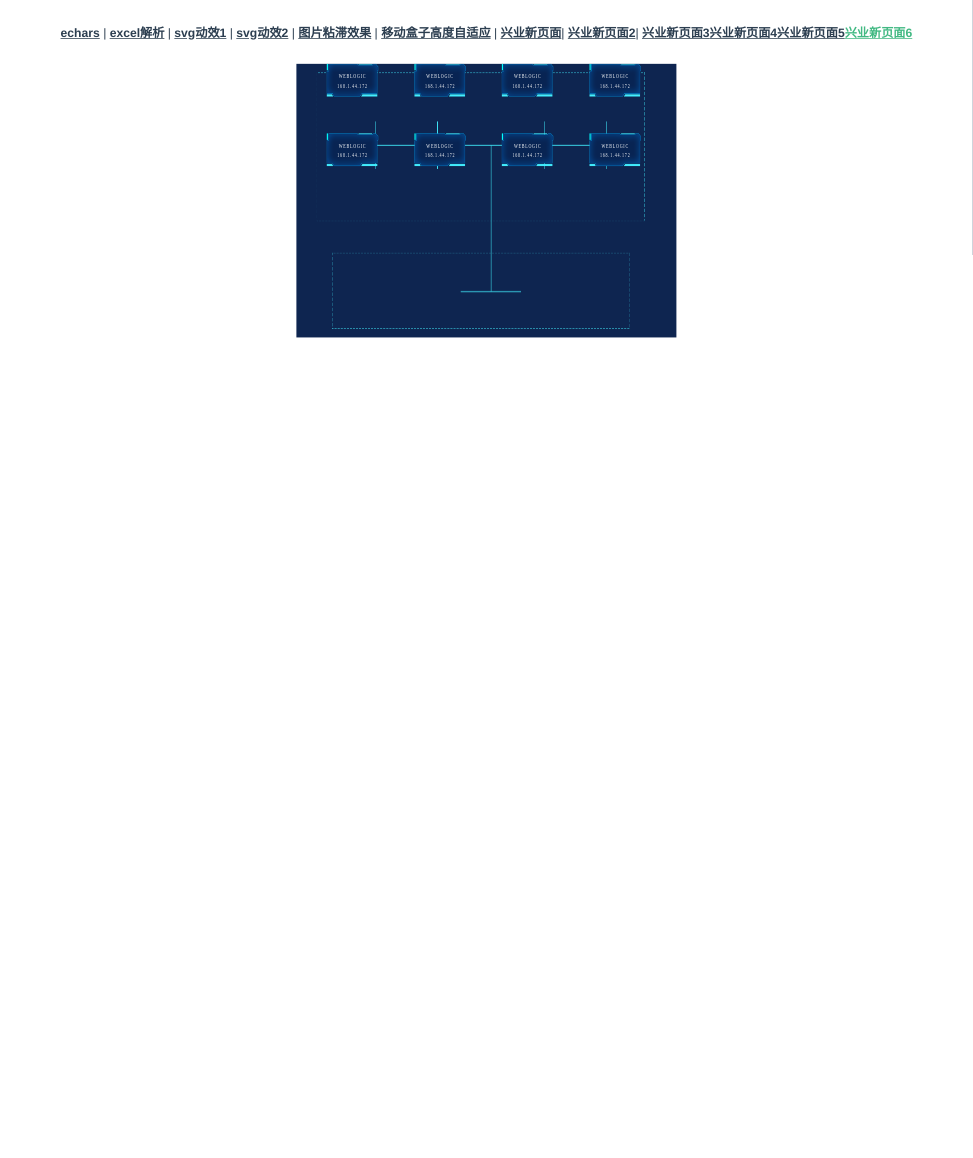
Repository: dmj199811/animation-dmj
Page: /#/work-page8
An editor plug-in stored every save of this project. The page is shown before and after the next save, followed by the edit.
The browser window is 1280 px wide. The pictures show the whole page, at 76% of full size.
The project was rebuilt for these pictures with package versions that can differ from the ones it lists, and the page was loaded fresh each time.

Above is the page before, as saved 2020-07-03 17:55:22.

### src/App.vue
<template>
  <div id="app">
    <div id="nav"
         v-if="this.$store.state.pageShow">
      <router-link to="/">echars</router-link> |
      <router-link to="/xlsx-example">excel解析</router-link> |
      <router-link to="/svg-example1">svg动效1</router-link> |
      <router-link to="/svg-example2">svg动效2</router-link> |
      <router-link to="/work-message">图片粘滞效果</router-link> |
      <router-link to="/work-page2">移动盒子高度自适应</router-link> |
      <router-link to="/work-page3">兴业新页面</router-link>|
      <router-link to="/work-page4">兴业新页面2</router-link>|
      <router-link to="/work-page5">兴业新页面3</router-link>
      <router-link to="/work-page6">兴业新页面4</router-link>
      <router-link to="/work-page7">兴业新页面5</router-link>
      <router-link to="/work-page8">兴业新页面6</router-link>
    </div>
    <router-view />
  </div>
</template>

<style lang="less">
body {
  margin: 0;
}
#app {
  font-family: Avenir, Helvetica, Arial, sans-serif;
  -webkit-font-smoothing: antialiased;
  -moz-osx-font-smoothing: grayscale;
  text-align: center;
  color: #2c3e50;
}

#nav {
  padding: 30px;

  a {
    font-weight: bold;
    color: #2c3e50;

    &.router-link-exact-active {
      color: #42b983;
    }
  }
}
</style>

### src/router/index.js
import Vue from 'vue'
import VueRouter from 'vue-router'

Vue.use(VueRouter)

const routes = [
  {
    path: '/',
    redirect: '/circle-echarts',
  },
  {
    path: '/circle-echarts',
    name: 'ani2',
    component: () => import('../views/circle-echarts/index.vue')
  },
  {
    path: '/xlsx-example',
    name: 'xlsx1',
    component: () => import('../views/xlsx1/index.vue')
  },
  {
    path: '/svg-example1',
    name: 'svg1',
    component: () => import('../views/svg1/index.vue')
  },
  {
    path: '/svg-example2',
    name: 'svg2',
    component: () => import('../views/svg2/index.vue')
  },
  {
    path: '/work-message',
    name: 'message1',
    component: () => import('../views/work/message/index.vue')
  },
  {
    path: '/work-page2',
    name: 'show1',
    component: () => import('../views/work/show1/index.vue')
  },
  {
    path: '/work-page3',
    name: 'show2',
    component: () => import('../views/newPage/index.vue')
  },
  {
    path: '/work-page4',
    name: 'show2',
    component: () => import('../views/newPage2/index.vue')
  },
  {
    path: '/work-page5',
    name: 'show3',
    component: () => import('../views/newPage3/index.vue')
  },
  {
    path: '/work-page6',
    name: 'show4',
    component: () => import('../views/newPage4/index.vue')
  },
  {
    path: '/work-page7',
    name: 'show5',
    component: () => import('../views/newPage5/index.vue')
  },
  {
    path: '/work-page8',
    name: 'show6',
    component: () => import('../views/newPage6/index.vue')
  },
]

const router = new VueRouter({
  routes
})

export default router

### src/views/newPage6/index.vue
<template>
<!-- 互联网统一认证系统（身份认证）_8 -->
  <div class="box">
    <div class="use-box">
      <div class="use-box-top">
        <div class="use-box-top-content">
          <div class="use-box-top-item web1">
            <div>WEBLOGIC</div>
            <div>168.1.44.172</div>
          </div>
          <div class="use-box-top-item web2">
            <div>WEBLOGIC</div>
            <div>168.1.44.172</div>
          </div>
          <div class="use-box-top-item web3">
            <div>WEBLOGIC</div>
            <div>168.1.44.172</div>
          </div>
          <div class="use-box-top-item web4">
            <div>WEBLOGIC</div>
            <div>168.1.44.172</div>
          </div>
          <div class="use-box-top-item web5">
            <div>WEBLOGIC</div>
            <div>168.1.44.172</div>
          </div>
          <div class="use-box-top-item web6">
            <div>WEBLOGIC</div>
            <div>168.1.44.172</div>
          </div>
          <div class="use-box-top-item web7">
            <div>WEBLOGIC</div>
            <div>168.1.44.172</div>
          </div>
          <div class="use-box-top-item web8">
            <div>WEBLOGIC</div>
            <div>168.1.44.172</div>
          </div>

        </div>

      </div>
    </div>
  </div>

</template>
<script>
export default {
  data () {
    return {}
  },
  mounted () {
    this.fullScreen()
    let a = {
      'ATM系统': 'N',
      '网上银行域': 'E',
      'IC借记卡系统': 'N',
      'CFP系统': 'W',
      '电话银行域': 'E',
      '金卡系统': 'N',
      '零售信贷系统': 'W',
      '联机交易转发平台': 'N',
      '核心联机交易平台': 'E',
      'OFEP': 'W',
      '会计辅助管理系统': 'W',
      '业务策略管控平台': 'E',
      '历史检索系统': 'N',
      '企业数据集成平台': 'N',
      '银联数据综合前置系统': 'E',
      '理财卡外包制卡系统': 'W',
      '数据仓库系统': 'E',
      '统一报表系统': 'W',
      '企业CRM系统': 'N'
    }

    this.dataToArray(a)
    window.onresize = () => {
      this.fullScreen()
    }
  },
  methods: {
    fullScreen () {
      $('.box').css('transform', `scale(${document.documentElement.clientWidth / 3840},${document.documentElement.clientHeight / 1440})`)
    },
    dataToArray (data) {

    }
  }
}
</script>
<style lang="less">
.box {
  text-align: left;
  transform-origin: 0 0;
  width: 3840px;
  height: 1440px;
}
.use-box {
  font-size: 18px;
  width: 1500px;
  box-sizing: border-box;
  height: 720px;
  background: #0e2550;
  margin: 0 auto;
  color: white;
  background-image: url(./img/bg-line.png);
  background-size: 97% 100%;
}
.use-box div {
  box-sizing: border-box;
}
.use-box-top {
  display: block;
  // background-color: #eee;
  width: 1300px;
  height: 365px;

}

.use-box-top-content {

  // background-color: #e9e9;
  width: 100%;
  height: 100%;
  display: flex;
  justify-content: space-between;
  flex-wrap: wrap;
  overflow: hidden;
  margin-left: 60px;
}

.use-box-top-item {

  width: 203px;
  height: 86px;
  text-align: center;
  background-image: url(./img/leftBlue.png);
  background-size: 100% 100%;
  font-size:16px;
  font-family:Adobe Heiti Std;
  font-weight:normal;
  color:rgba(255,255,255,1);
  line-height:25px;
  padding-top: 20px;
  letter-spacing: 3px;
  margin-left: 60px;

}
.use-box-top-item div {
  width: 100%;
}



</style>

Loaded but not shown: public/index.html (common file); src/main.js (common file); src/store/index.js (common file)

After the next save:
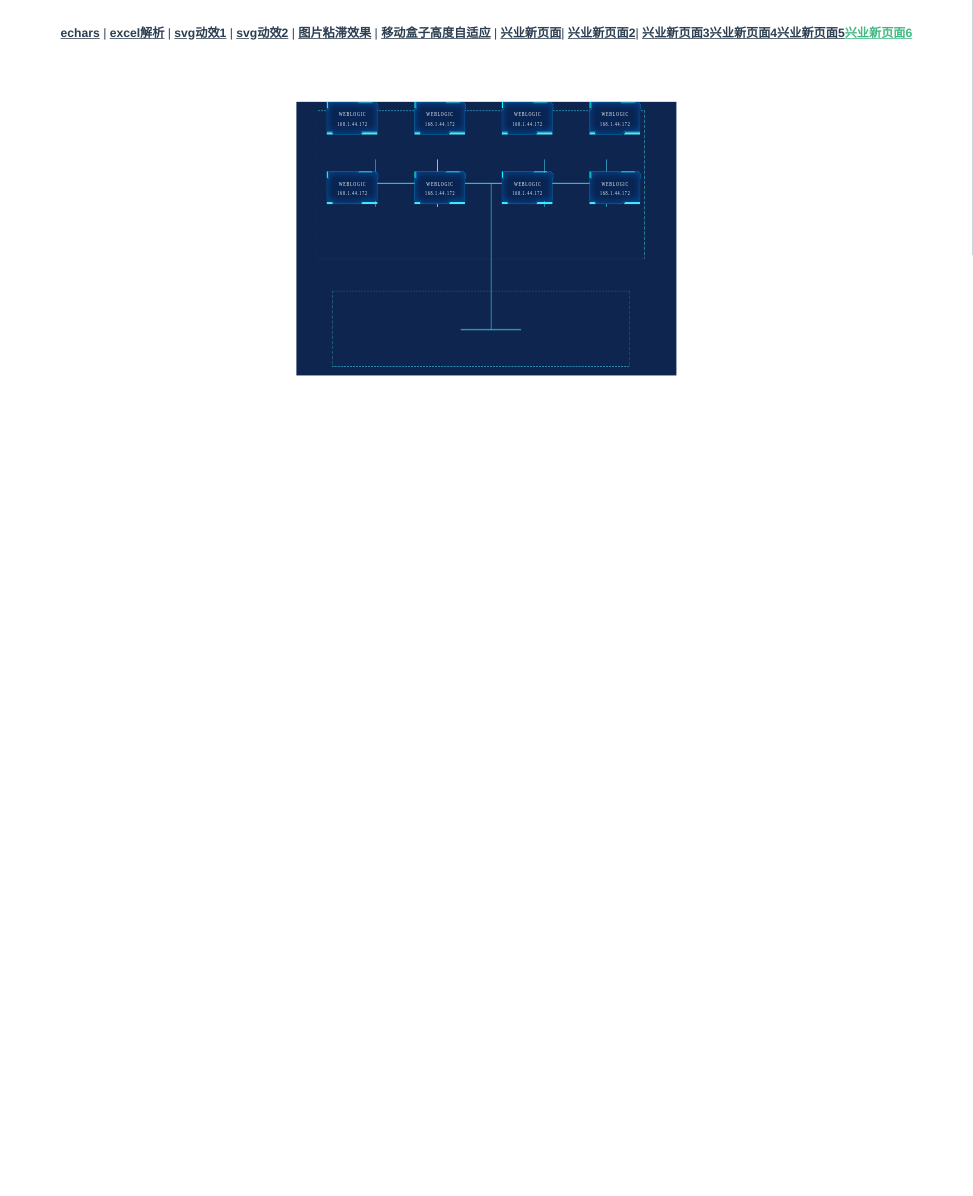
Saved 11 s later.
--- a/src/views/newPage6/index.vue
+++ b/src/views/newPage6/index.vue
@@ -127,6 +127,7 @@
   flex-wrap: wrap;
   overflow: hidden;
   margin-left: 60px;
+  margin-top: 50px;
 }
 
 .use-box-top-item {

After the save that followed:
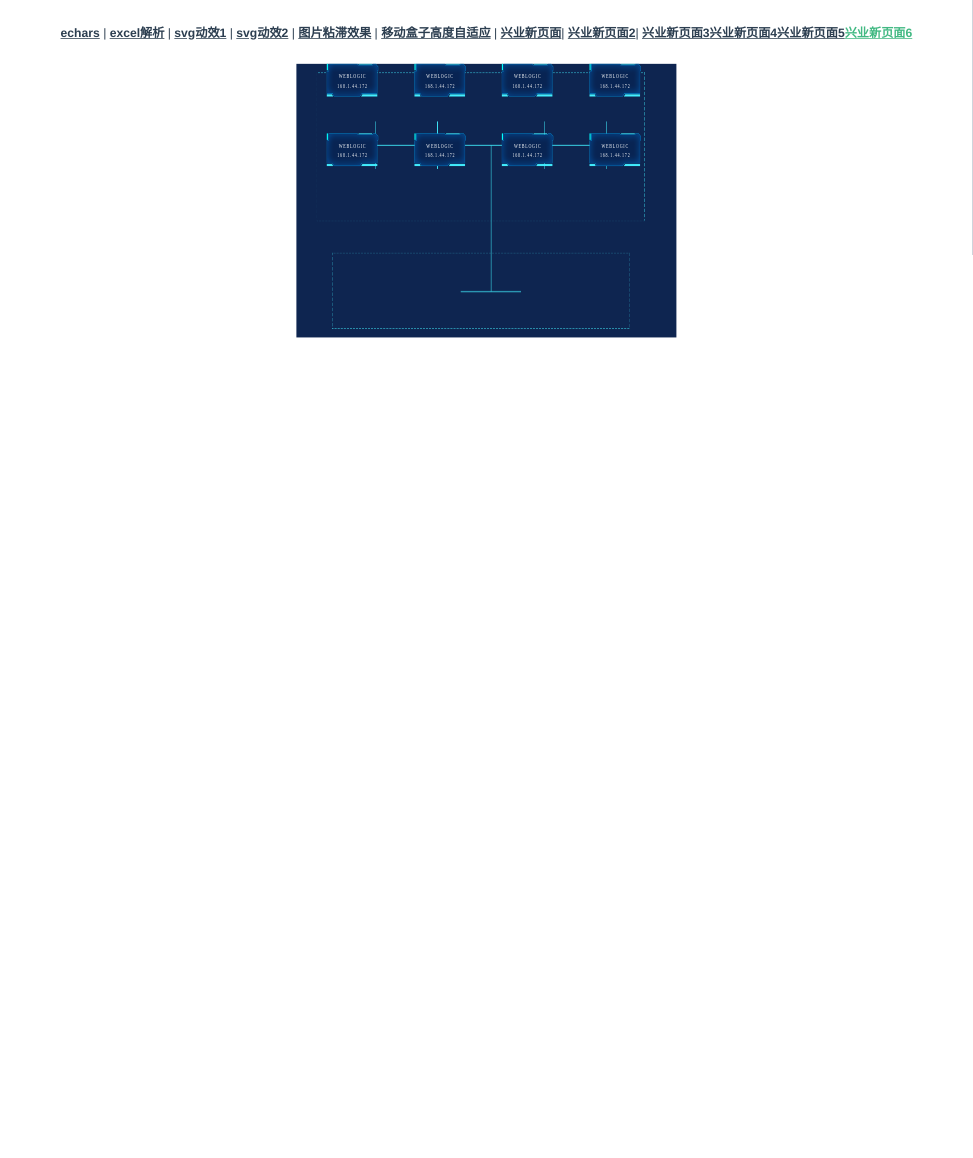
Saved 35 s later.
--- a/src/views/newPage6/index.vue
+++ b/src/views/newPage6/index.vue
@@ -125,13 +125,13 @@
   display: flex;
   justify-content: space-between;
   flex-wrap: wrap;
-  overflow: hidden;
   margin-left: 60px;
-  margin-top: 50px;
 }
 
 .use-box-top-item {
-
+justify-content: space-between;
+  flex-wrap: wrap;
+  margin-left: 60px;
   width: 203px;
   height: 86px;
   text-align: center;
